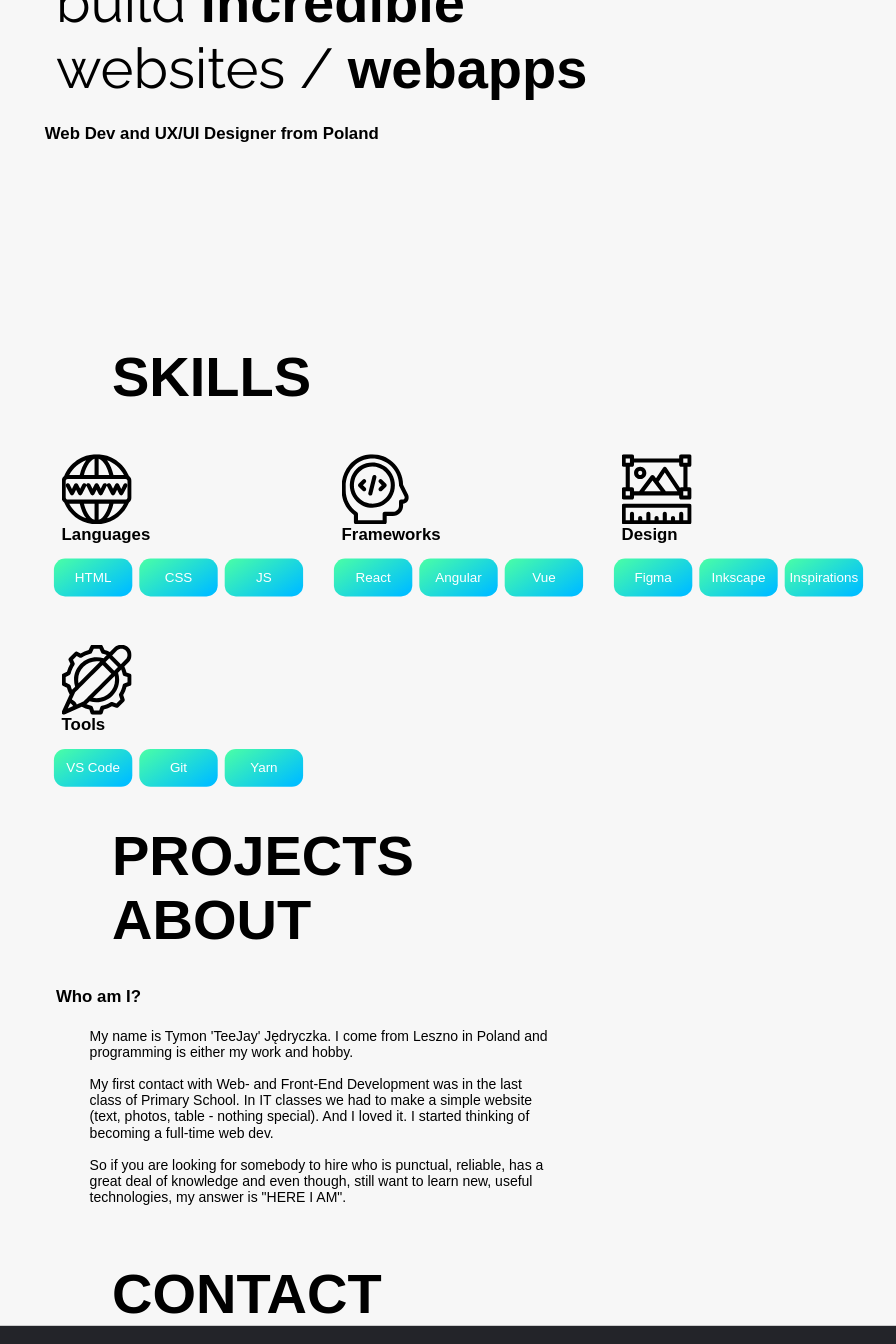
Repository: TeeJaysDev/Portfolio
Page: index.html
These files come from the project's save history. The page is drawn as it stood at one moment and after the next save; the edit follows.
The browser window is 1280 px wide. The pictures show the part of the page from y = 570 to 2490 px (the page is 2676 px tall), at 70% of full size.

Above is the page before, as saved 2021-04-24 20:52:58.

After the next save:
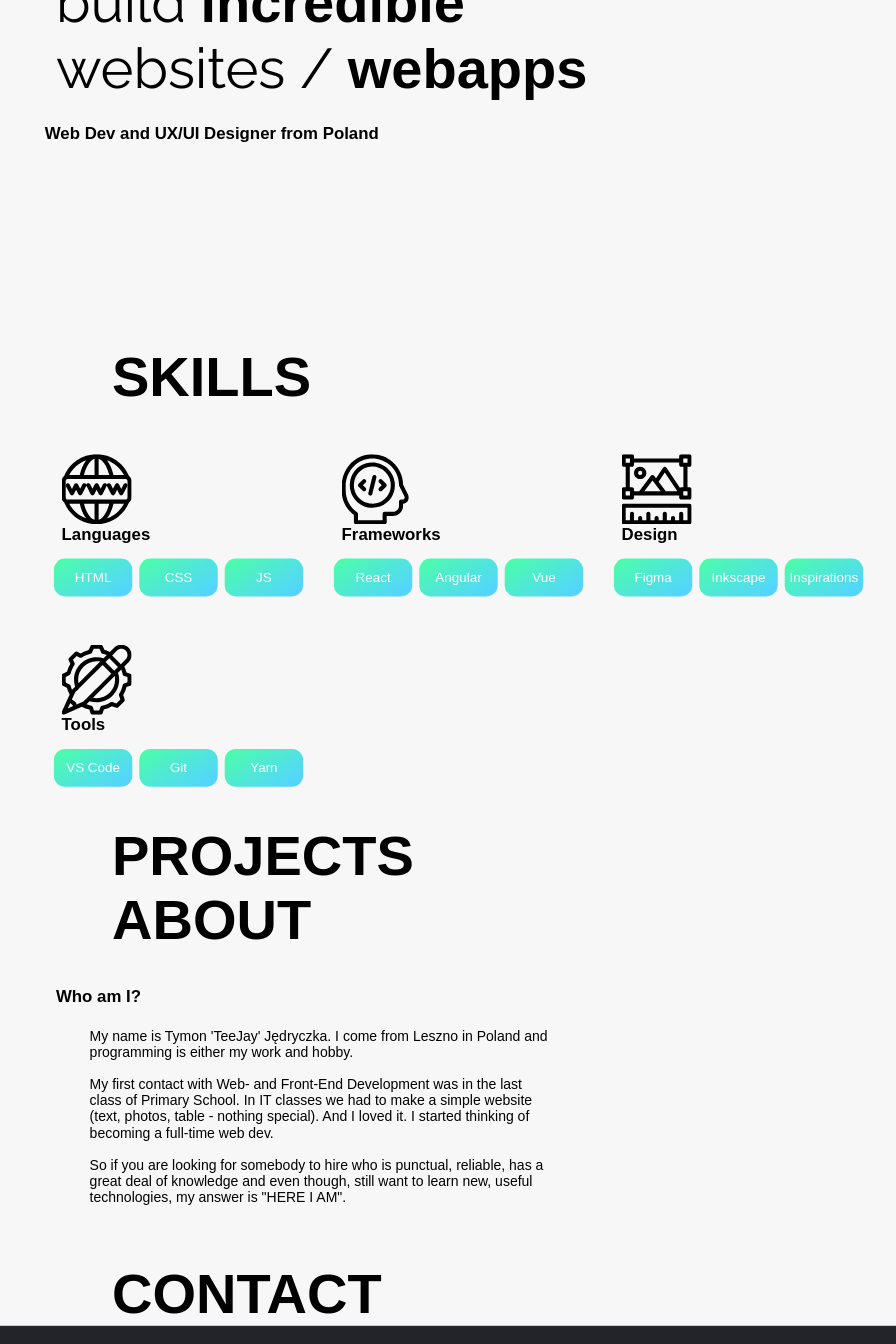
Saved 12 s later.
--- a/style.css
+++ b/style.css
@@ -81,7 +81,7 @@ h1 {
     border-radius: 1rem;
     margin: 0.3125rem 0.3125rem;
     width: 7rem;
-    background-image: linear-gradient(147deg,#4bffa5,#00BFFF 90%);
+    background-image: linear-gradient(147deg,#4bffa5,#54d4ff 90%);
     padding-top: 1rem;
     padding-bottom: 1rem;
 }
